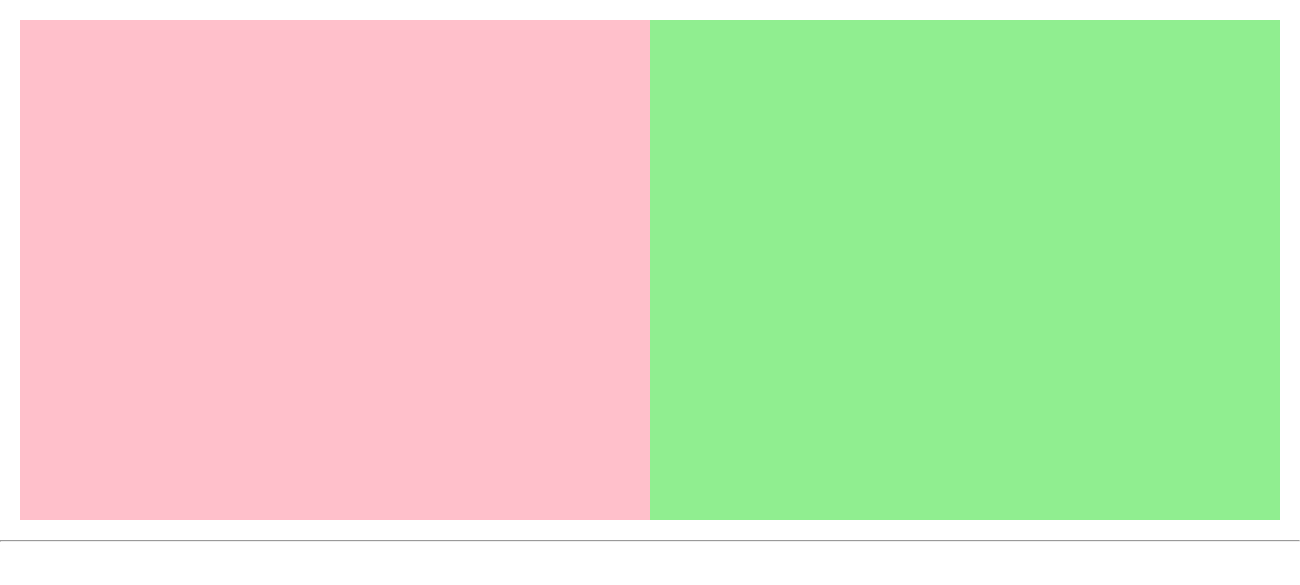
Repository: kosu0703/02-web-study
Page: http://localhost/01_html/test/detail.jsp
An editor plug-in stored every save of this project. The page is shown before and after the next save, followed by the edit.
The browser window is 1280 px wide. The page is 1300 px wide, so the pictures cover 1300 px, including what lies to the right of the window. The pictures show the whole page.
Some web fonts or font styles are not loaded; a fallback is used. The page is served by Tomcat 9.

Above is the page before, as saved 2024-04-30 09:49:11.

### 01_html/src/main/webapp/test/detail.jsp
<%@ page language="java" contentType="text/html; charset=UTF-8"
	pageEncoding="UTF-8"%>
<!DOCTYPE html>
<html>
<head>
<meta charset="UTF-8">
<title>Insert title here</title>
<link rel="stylesheet" type="text/css" href="./detail.css">
<link rel="preconnect" href="https://fonts.googleapis.com">
<link rel="preconnect" href="https://fonts.gstatic.com" crossorigin>
<link href="https://fonts.googleapis.com/css2?family=Gamja+Flower&display=swap" rel="stylesheet">
</head>
<body>

	<section style="width: 1300px; margin: 0 auto;">
		<div class="ko_detail">
			<div class="detail_main">
				<div class="main_image">

				</div>
				<div class="main_content">

				</div>
			</div>
			<hr>
		</div>
	</section>

</body>
</html>

### 01_html/src/main/webapp/test/detail.css
*{
	margin: 0;
	padding: 0;
	box-sizing: border-box;
}

.detail_main {
	margin: 20px;
	display: grid;
	grid-template-columns: 1fr 1fr;
}

.main_image {
	height: 500px;
	background-color: pink;
}

.main_content {
	height: 500px;
	background-color: lightgreen;
}

After the next save:
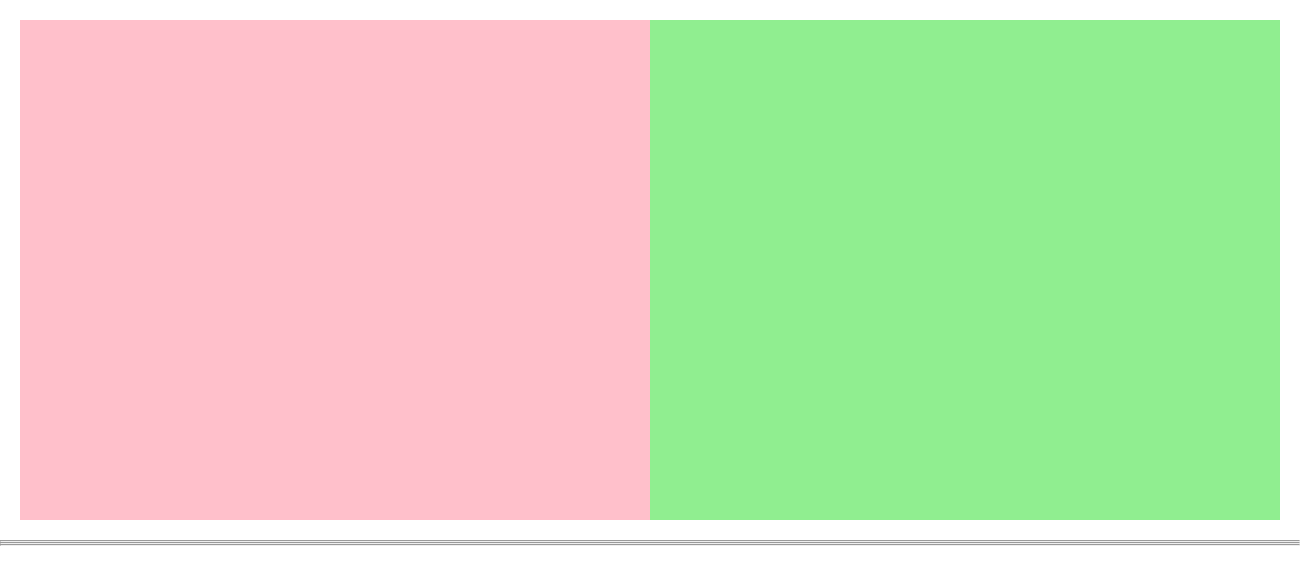
Saved 10 s later.
--- a/01_html/src/main/webapp/test/detail.jsp
+++ b/01_html/src/main/webapp/test/detail.jsp
@@ -23,6 +23,17 @@
 				</div>
 			</div>
 			<hr>
+			<div class="detail_content">
+
+			</div>
+			<hr>
+			<div class="detail_map">
+
+			</div>
+			<hr>
+			<div class="detail_path">
+
+			</div>
 		</div>
 	</section>
 
